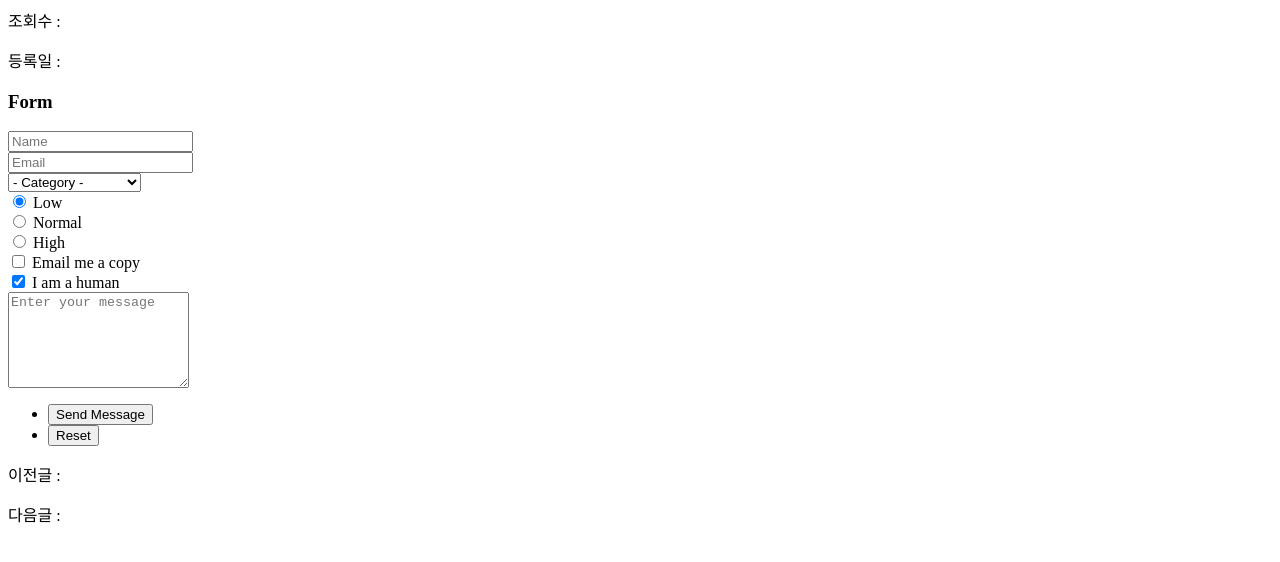
Repository: noCountJun/blog
Page: http://localhost/blogProject2/WEB-INF/views/board/boardDetail.jsp
These files come from the project's save history. The page is drawn as it stood at one moment and after the next save; the edit follows.
The browser window is 1280 px wide. The pictures show the whole page.
The page is served by Tomcat 9. Nobody is signed in. Other server files are loaded and not shown. The template is opened directly, without the code that normally fills it, so the values that code supplies are empty.

Above is the page before, as saved 2019-08-26 16:05:02.

### blogProject2/src/main/webapp/WEB-INF/views/board/boardDetail.jsp
<%@ page contentType="text/html; charset=utf-8" pageEncoding="utf-8"%>
<%@ taglib uri="http://java.sun.com/jsp/jstl/core" prefix="c" %>
<%@ page session="false" %>

<!-- Content -->
<section>

	<!-- Content -->
	<h2 id="content">${boardInfo.BRD_TITLE }</h2>
	<div class="row">
		<div class="col-6 col-12-small">
			<p>조회수  : ${boardInfo.VIEW_CNT }</p>
		</div>
		<div class="col-6 col-12-small">
			<p>등록일 : ${boardInfo.REG_DT }</p>
		</div>
	</div>

	<div class="box">
		${boardInfo.BRD_CONT }
	</div>

	<p/>


<h3>Form</h3>

													<form method="post" action="#">
														<div class="row gtr-uniform">
															<div class="col-6 col-12-xsmall">
																<input type="text" name="demo-name" id="demo-name" value="" placeholder="Name" />
															</div>
															<div class="col-6 col-12-xsmall">
																<input type="email" name="demo-email" id="demo-email" value="" placeholder="Email" />
															</div>
															<!-- Break -->
															<div class="col-12">
																<select name="demo-category" id="demo-category">
																	<option value="">- Category -</option>
																	<option value="1">Manufacturing</option>
																	<option value="1">Shipping</option>
																	<option value="1">Administration</option>
																	<option value="1">Human Resources</option>
																</select>
															</div>
															<!-- Break -->
															<div class="col-4 col-12-small">
																<input type="radio" id="demo-priority-low" name="demo-priority" checked>
																<label for="demo-priority-low">Low</label>
															</div>
															<div class="col-4 col-12-small">
																<input type="radio" id="demo-priority-normal" name="demo-priority">
																<label for="demo-priority-normal">Normal</label>
															</div>
															<div class="col-4 col-12-small">
																<input type="radio" id="demo-priority-high" name="demo-priority">
																<label for="demo-priority-high">High</label>
															</div>
															<!-- Break -->
															<div class="col-6 col-12-small">
																<input type="checkbox" id="demo-copy" name="demo-copy">
																<label for="demo-copy">Email me a copy</label>
															</div>
															<div class="col-6 col-12-small">
																<input type="checkbox" id="demo-human" name="demo-human" checked>
																<label for="demo-human">I am a human</label>
															</div>
															<!-- Break -->
															<div class="col-12">
																<textarea name="demo-message" id="demo-message" placeholder="Enter your message" rows="6"></textarea>
															</div>
															<!-- Break -->
															<div class="col-12">
																<ul class="actions">
																	<li><input type="submit" value="Send Message" class="primary" /></li>
																	<li><input type="reset" value="Reset" /></li>
																</ul>
															</div>
														</div>
													</form>




	<div class="row">
		<div class="col-6 col-12-small">
			<p>이전글 :
				<c:choose>
			        <c:when test="${boardInfo.PRE_TITLE_ID eq '0'}">
			            ${boardInfo.PRE_TITLE }
			        </c:when>
			        <c:otherwise>
			            <a href="/board/boardDetail/${boardInfo.PRE_TITLE_ID}">${boardInfo.PRE_TITLE }</a>
					</c:otherwise>
			    </c:choose>
			</p>
		</div>
		<div class="col-6 col-12-small">
			<p>다음글 :
				<c:choose>
			        <c:when test="${boardInfo.NEXT_TITLE_ID eq '0'}">
			            ${boardInfo.NEXT_TITLE }
			        </c:when>
			        <c:otherwise>
			            <a href="/board/boardDetail/${boardInfo.NEXT_TITLE_ID}">${boardInfo.NEXT_TITLE }</a>
					</c:otherwise>
			    </c:choose>
			</p>
		</div>
	</div>
</section>

After the next save:
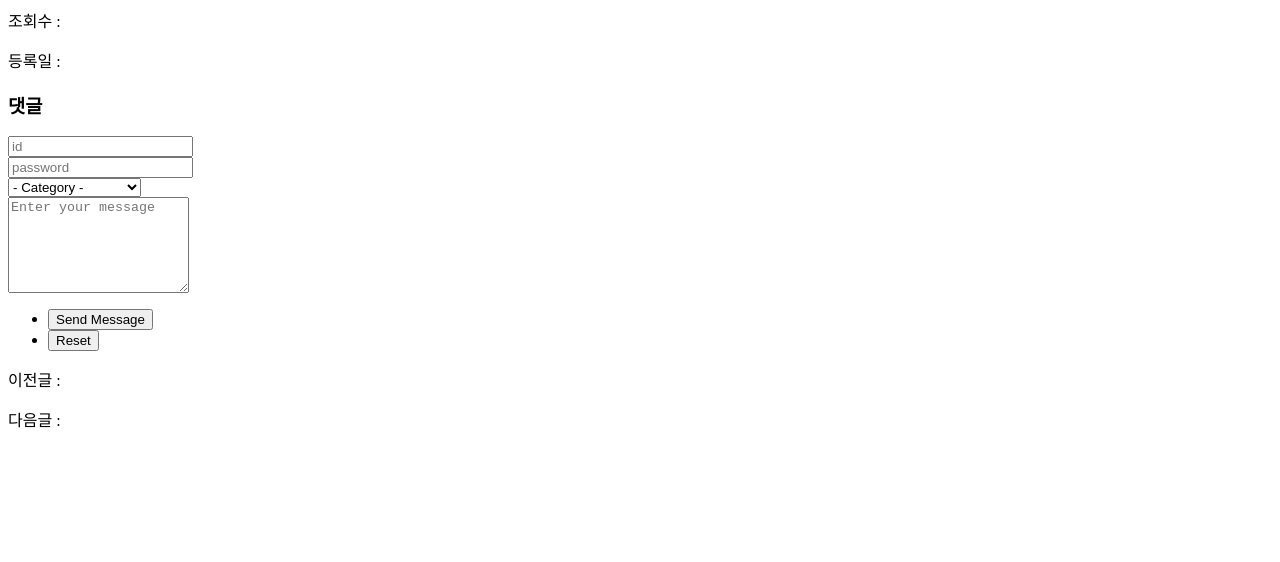
Saved 3 min 43 s later.
--- a/blogProject2/src/main/webapp/WEB-INF/views/board/boardDetail.jsp
+++ b/blogProject2/src/main/webapp/WEB-INF/views/board/boardDetail.jsp
@@ -23,61 +23,38 @@
 	<p/>
 
 
-<h3>Form</h3>
+	<h3>댓글</h3>
 
-													<form method="post" action="#">
-														<div class="row gtr-uniform">
-															<div class="col-6 col-12-xsmall">
-																<input type="text" name="demo-name" id="demo-name" value="" placeholder="Name" />
-															</div>
-															<div class="col-6 col-12-xsmall">
-																<input type="email" name="demo-email" id="demo-email" value="" placeholder="Email" />
-															</div>
-															<!-- Break -->
-															<div class="col-12">
-																<select name="demo-category" id="demo-category">
-																	<option value="">- Category -</option>
-																	<option value="1">Manufacturing</option>
-																	<option value="1">Shipping</option>
-																	<option value="1">Administration</option>
-																	<option value="1">Human Resources</option>
-																</select>
-															</div>
-															<!-- Break -->
-															<div class="col-4 col-12-small">
-																<input type="radio" id="demo-priority-low" name="demo-priority" checked>
-																<label for="demo-priority-low">Low</label>
-															</div>
-															<div class="col-4 col-12-small">
-																<input type="radio" id="demo-priority-normal" name="demo-priority">
-																<label for="demo-priority-normal">Normal</label>
-															</div>
-															<div class="col-4 col-12-small">
-																<input type="radio" id="demo-priority-high" name="demo-priority">
-																<label for="demo-priority-high">High</label>
-															</div>
-															<!-- Break -->
-															<div class="col-6 col-12-small">
-																<input type="checkbox" id="demo-copy" name="demo-copy">
-																<label for="demo-copy">Email me a copy</label>
-															</div>
-															<div class="col-6 col-12-small">
-																<input type="checkbox" id="demo-human" name="demo-human" checked>
-																<label for="demo-human">I am a human</label>
-															</div>
-															<!-- Break -->
-															<div class="col-12">
-																<textarea name="demo-message" id="demo-message" placeholder="Enter your message" rows="6"></textarea>
-															</div>
-															<!-- Break -->
-															<div class="col-12">
-																<ul class="actions">
-																	<li><input type="submit" value="Send Message" class="primary" /></li>
-																	<li><input type="reset" value="Reset" /></li>
-																</ul>
-															</div>
-														</div>
-													</form>
+	<form method="post" action="#">
+		<div class="row gtr-uniform">
+			<div class="col-6 col-12-xsmall">
+				<input type="text" name="demo-name" id="demo-name" value="" placeholder="id" />
+			</div>
+			<div class="col-6 col-12-xsmall">
+				<input type="password" name="demo-email" id="demo-email" value="" placeholder="password" />
+			</div>
+			<!-- Break -->
+			<div class="col-12">
+				<select name="demo-category" id="demo-category">
+					<option value="">- Category -</option>
+					<option value="1">Manufacturing</option>
+					<option value="1">Shipping</option>
+					<option value="1">Administration</option>
+					<option value="1">Human Resources</option>
+				</select>
+			</div>
+			<div class="col-12">
+				<textarea name="demo-message" id="demo-message" placeholder="Enter your message" rows="6"></textarea>
+			</div>
+			<!-- Break -->
+			<div class="col-12">
+				<ul class="actions">
+					<li><input type="submit" value="Send Message" class="primary" /></li>
+					<li><input type="reset" value="Reset" /></li>
+				</ul>
+			</div>
+		</div>
+	</form>
 
 
 
